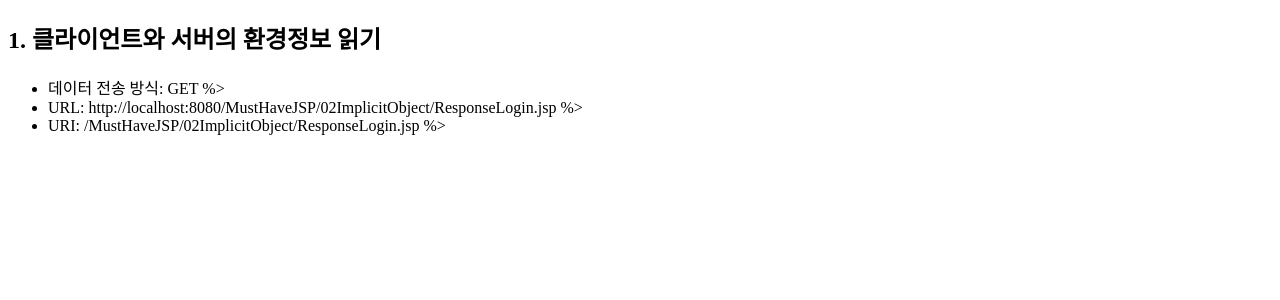
Repository: Jadedvst/JSP-Servlet
Page: http://localhost/MustHaveJSP/02ImplicitObject/ResponseLogin.jsp
An editor plug-in stored every save of this project. The page is shown before and after the next save, followed by the edit.
The browser window is 1280 px wide. The pictures show the whole page.
The page is served by Tomcat 9.

Above is the page before, as saved 2023-12-11 02:41:44.

### MustHaveJSP/src/main/webapp/02ImplicitObject/ResponseLogin.jsp
<%@ page language="java" contentType="text/html; charset=UTF-8"
    pageEncoding="UTF-8"%>
<!DOCTYPE html>
<html>
<head>
<meta charset="UTF-8">
<title>내장 객체 - request</title>
</head>
<body>
<h2>1. 클라이언트와 서버의 환경정보 읽기</h2>
<ul>
	<li>데이터 전송 방식: <%= request.getMethod()%> %></li>
	<li>URL: <%= request.getRequestURL()%> %></li>
	<li>URI: <%= request.getRequestURI()%> %></li>
</ul>
</body>
</html>

After the next save:
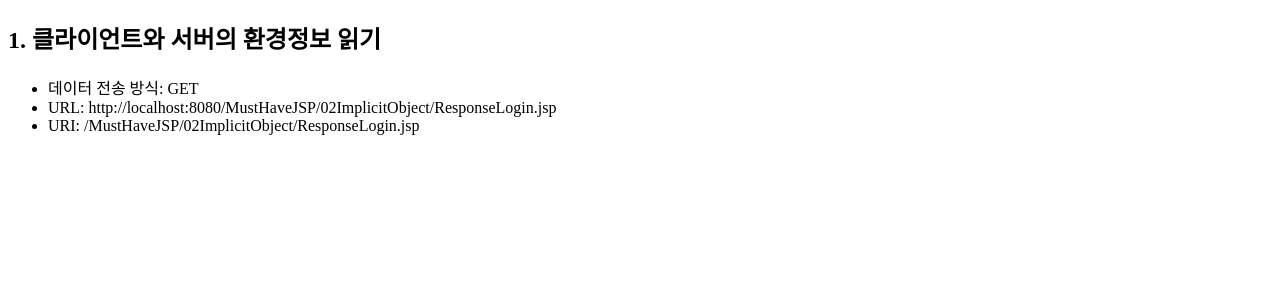
Saved 30 s later.
--- a/MustHaveJSP/src/main/webapp/02ImplicitObject/ResponseLogin.jsp
+++ b/MustHaveJSP/src/main/webapp/02ImplicitObject/ResponseLogin.jsp
@@ -9,9 +9,9 @@
 <body>
 <h2>1. 클라이언트와 서버의 환경정보 읽기</h2>
 <ul>
-	<li>데이터 전송 방식: <%= request.getMethod()%> %></li>
-	<li>URL: <%= request.getRequestURL()%> %></li>
-	<li>URI: <%= request.getRequestURI()%> %></li>
+	<li>데이터 전송 방식: <%= request.getMethod()%></li>
+	<li>URL: <%= request.getRequestURL()%></li>
+	<li>URI: <%= request.getRequestURI()%></li>
 </ul>
 </body>
 </html>
